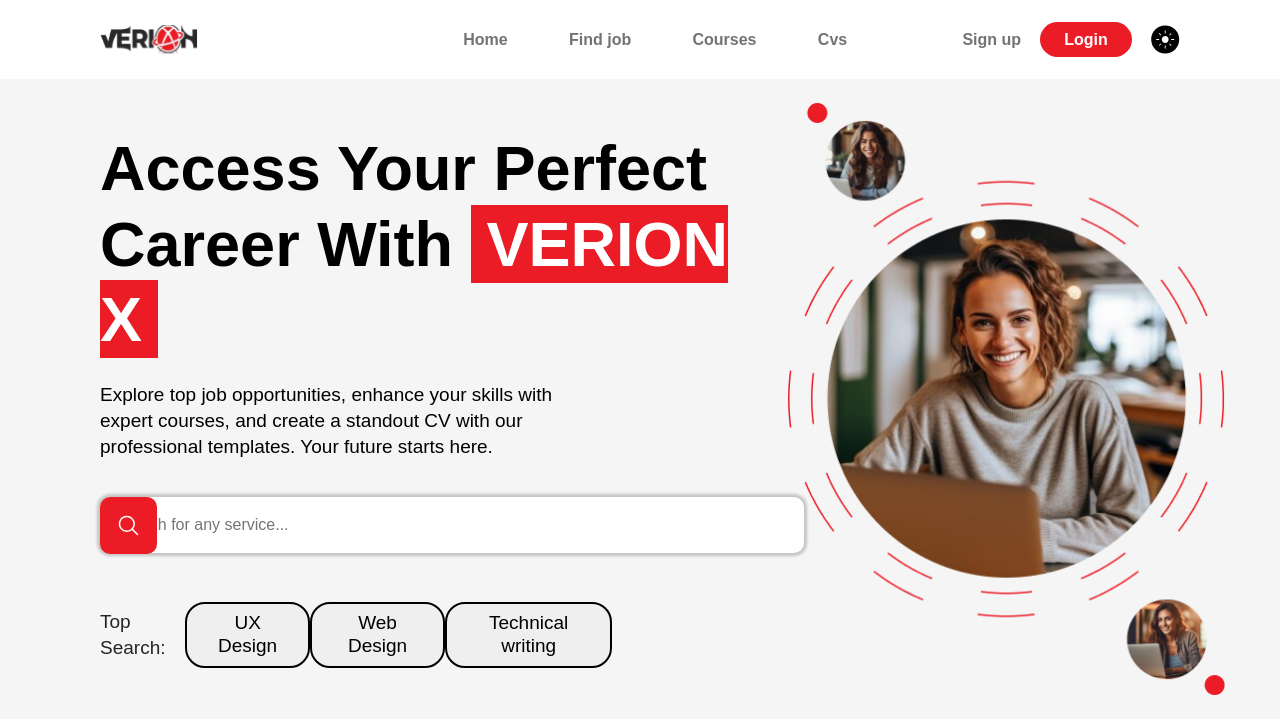
Repository: SahMenz/verionX
Page: /
These files come from the project's save history. The page is drawn as it stood at one moment and after the next save; the edit follows.
The browser window is 1280 px wide. The pictures show the whole page.
The project was rebuilt for these pictures with package versions that can differ from the ones it lists, and the page was loaded fresh each time. Also part of the build but not shown: vite.config.js.

Above is the page before, as saved 2024-06-14 16:19:11.

After the next save:
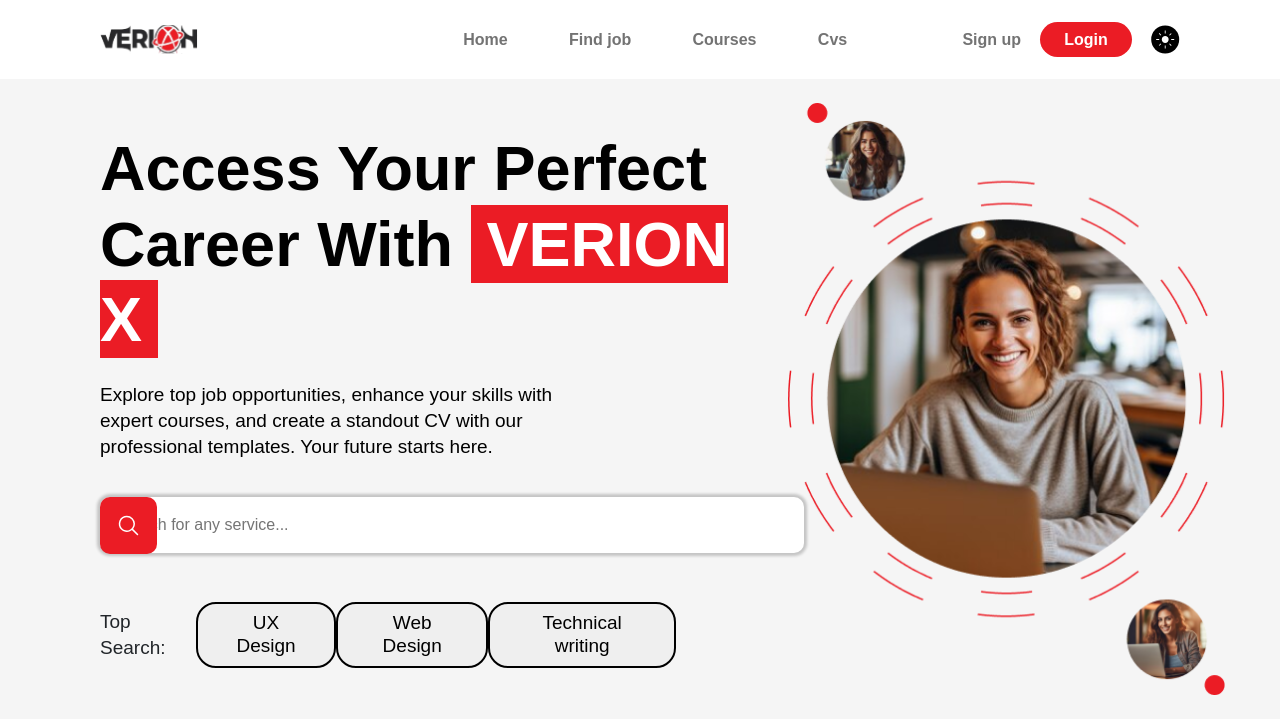
Saved 28 s later.
--- a/src/components/home/hero/hero.jsx
+++ b/src/components/home/hero/hero.jsx
@@ -13,7 +13,7 @@ function Hero() {
                 <input type="text" placeholder="Search for any service..."  style={{width:"55vw",maxWidth:"733px",position:'absolute',borderRadius:"10px", boxShadow: "0px 0px 3px 3px rgba(0, 0, 0, 0.2)"}} className='p-3'/>
                 <button className="bg-eb p-3" style={{position:'relative', left:"0px", borderRadius:"10px", border:"none", }}><CustomSvg name="search"/></button>
             </div>
-            <div className='d-none align-items-center justify-content-between d-md-flex'style={{width:"40vw",maxWidth:"642px"}} >
+            <div className='d-none align-items-center justify-content-between d-md-flex'style={{width:"45vw",maxWidth:"642px"}} >
                 <div className='txt-19 lh-26 txt-500'>Top Search:</div>
                 <div className='d-flex align-items-center justify-content-between' style={{width:"507px"}}>
                     <button style={{borderRadius:"20px",border: "2px solid black"}}><div className='px-4 py-2 txt-19 lh-22 txt-500'>UX Design</div></button>
